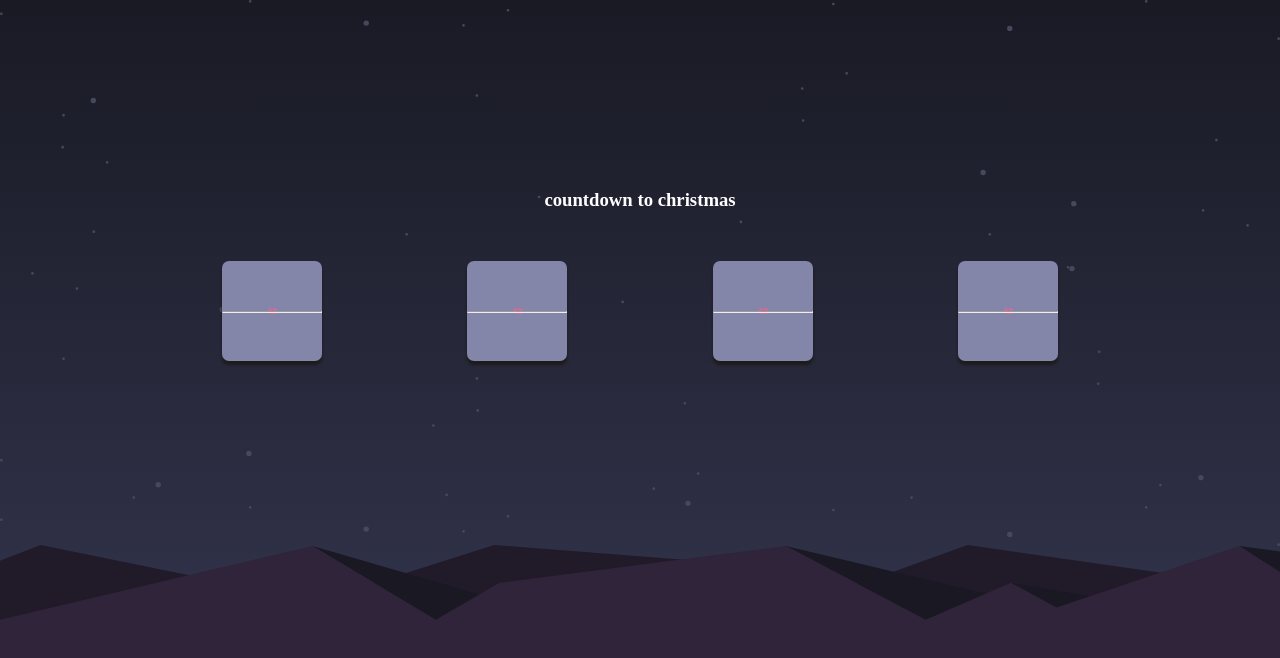
Repository: Eugene44-hub/countdown
Page: index.html
An editor plug-in stored every save of this project. The page is shown before and after the next save, followed by the edit.
The browser window is 1280 px wide. The pictures show the whole page.

Above is the page before, as saved 2021-09-12 03:21:34.

After the next save:
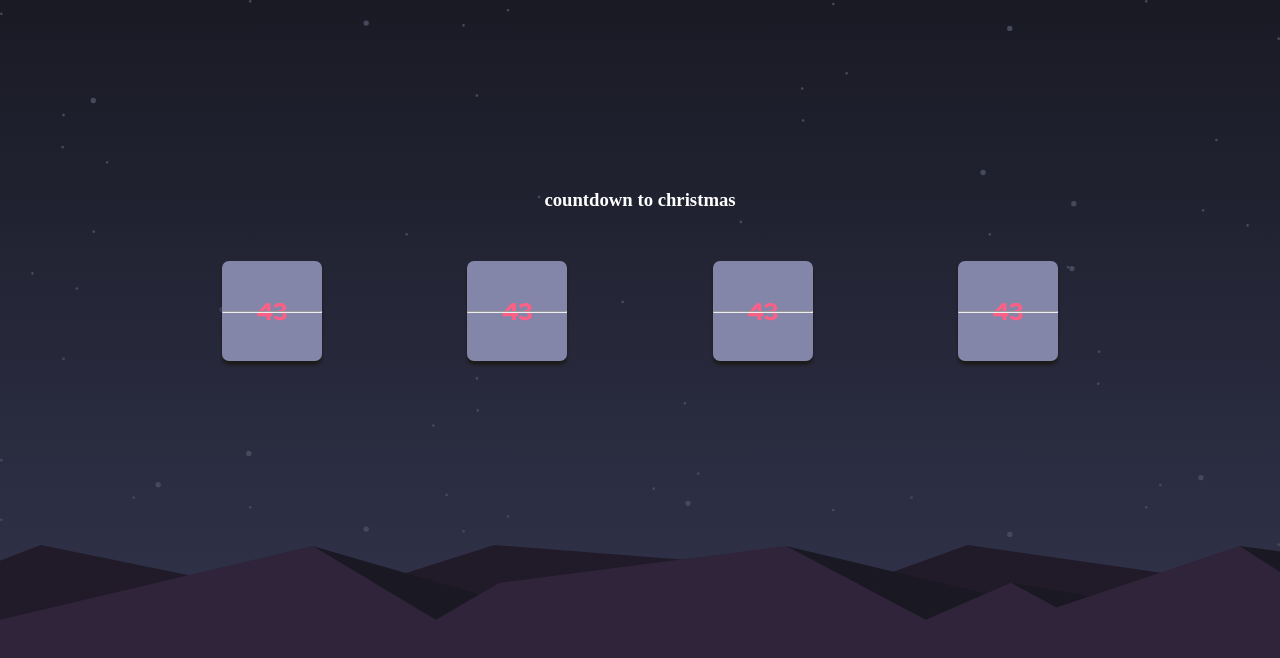
Saved 6 s later.
--- a/style.css
+++ b/style.css
@@ -56,7 +56,7 @@ h3 {
 
 p {
     margin: auto;
-    font-size: 50%;
+    font-size: 150%;
     font-family: 'Red Hat Text';
     color: hsl(345, 95%, 68%);
 }
